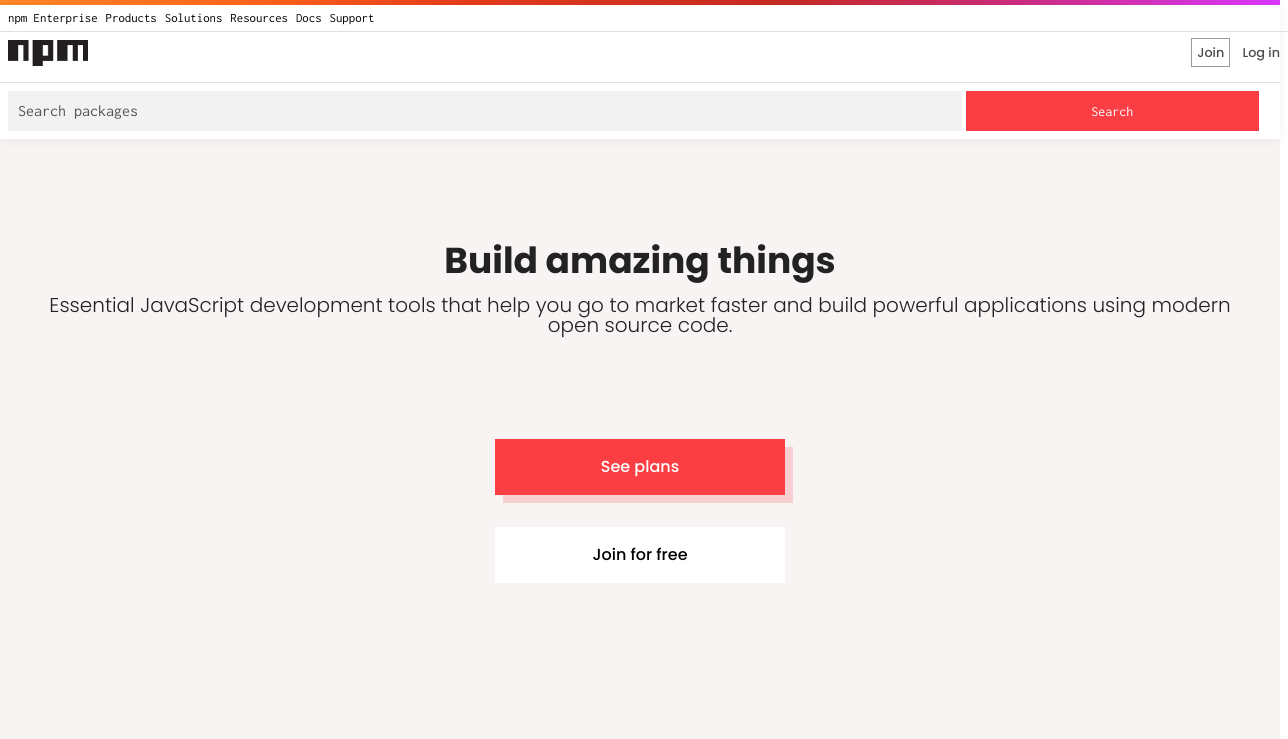
Repository: MarilynCuore/Ejercicico4
Page: index.html
An editor plug-in stored every save of this project. The page is shown before and after the next save, followed by the edit.
The browser window is 1280 px wide. The page is 1288 px wide, so the pictures cover 1288 px, including what lies to the right of the window. The pictures show the whole page.
The style sheet was rebuilt from its Sass, Less or Tailwind sources for each picture, by a compiler version that may differ from the author's.

Above is the page before, as saved 2019-05-23 17:21:55.

After the next save:
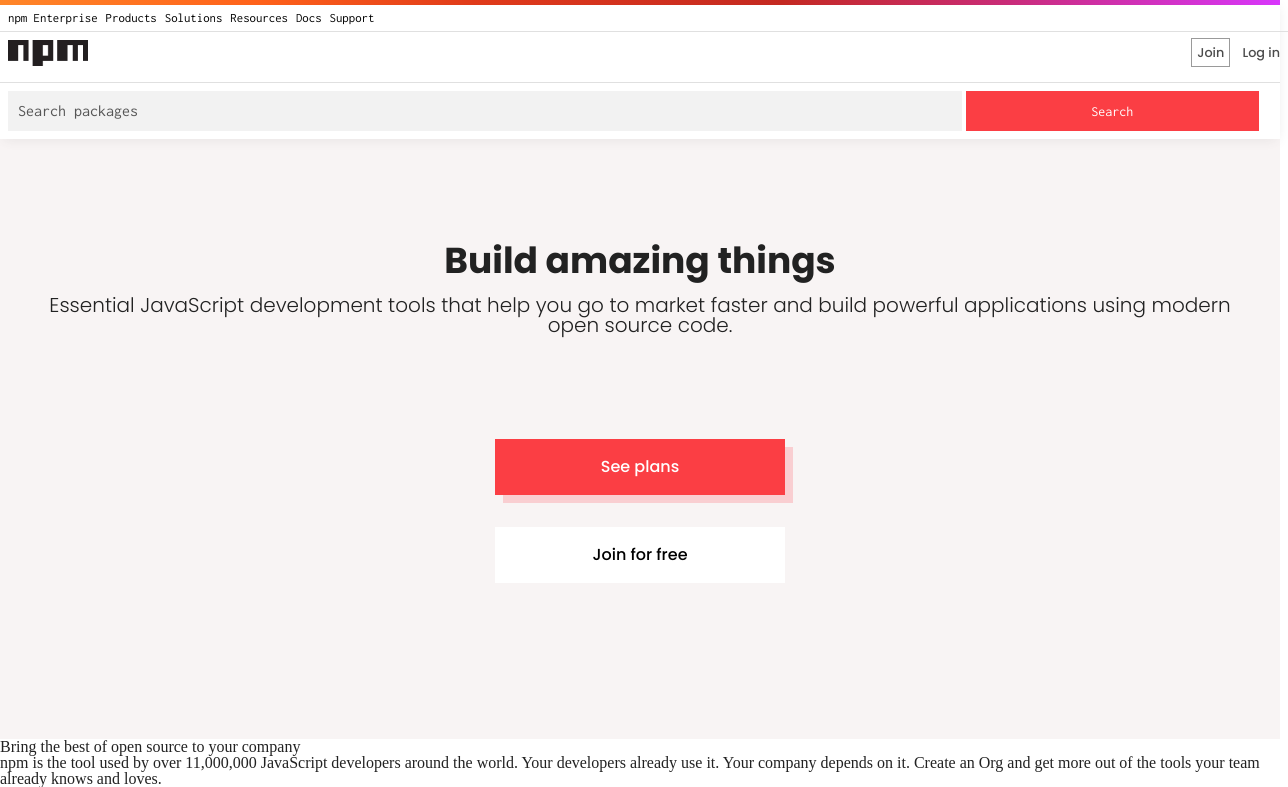
Saved 104 s later.
--- a/index.html
+++ b/index.html
@@ -57,6 +57,12 @@
         </div>
     </section>
     <section class="second-section">
+        <div class="bg-image"></div>
+        <div class="text-conten-second-section">
+            <h2>Bring the best of open source to your company</h2>
+            <p>npm is the tool used by over 11,000,000 JavaScript developers around the world.  Your developers already use it. Your company depends on it. Create an Org and get more out of the tools your team already knows and loves.</p>
+
+        </div>
 
     </section>
 
